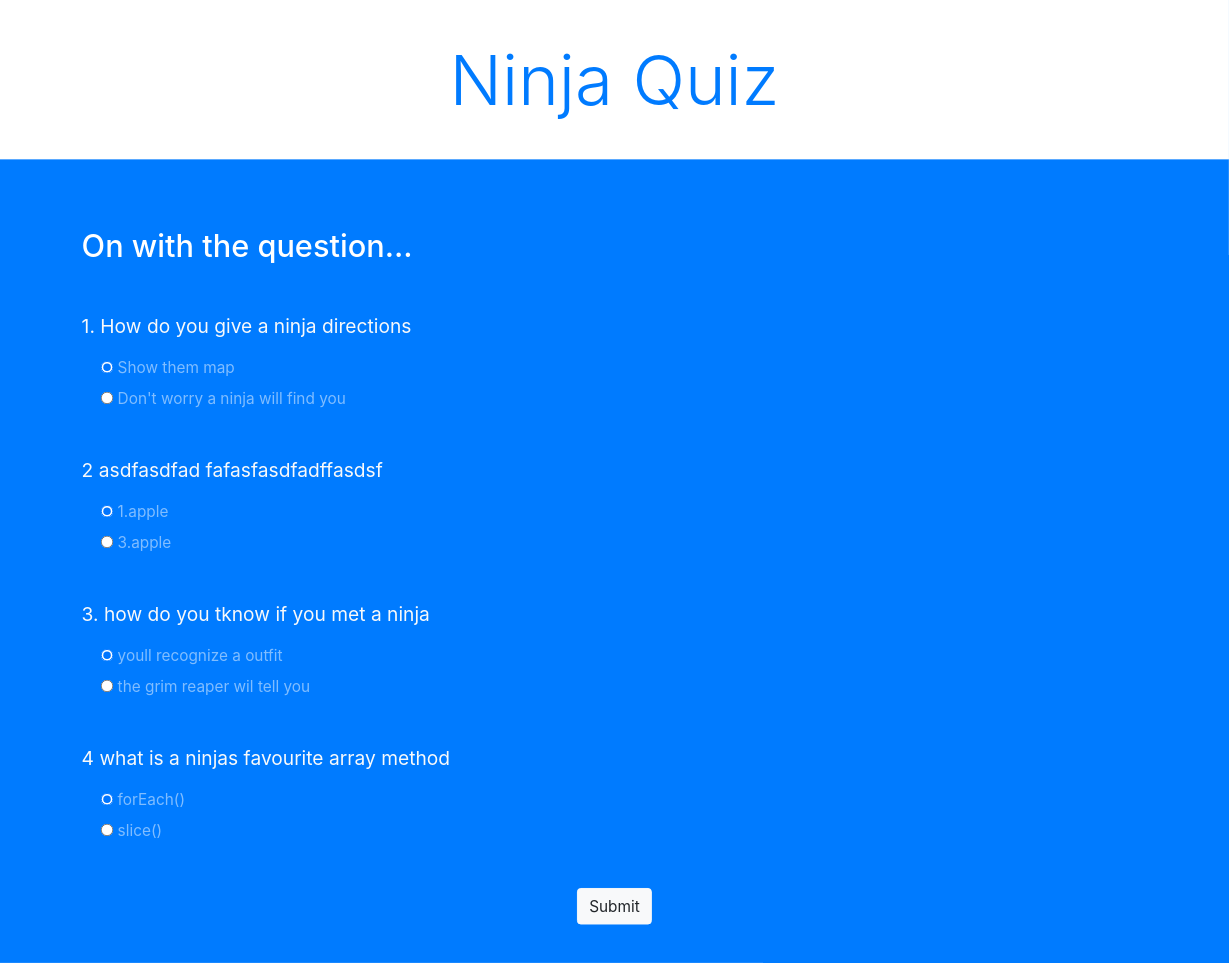
Repository: ajgors/config
Page: Nauka Js/Projekty/Quiz/index.html
An editor plug-in stored every save of this project. The page is shown before and after the next save, followed by the edit.
The browser window is 1280 px wide. The pictures show the whole page, at 96% of full size.

Above is the page before, as saved 2019-08-11 18:06:29.

### Nauka Js/Projekty/Quiz/index.html
<!DOCTYPE html>
<html lang="en">

<head>
    <meta charset="UTF-8">
    <meta name="viewport" content="width=device-width, initial-scale=1.0">
    <meta http-equiv="X-UA-Compatible" content="ie=edge">
    <title>Document</title>
    <link rel="stylesheet" href="https://stackpath.bootstrapcdn.com/bootstrap/4.3.1/css/bootstrap.min.css"
        integrity="sha384-ggOyR0iXCbMQv3Xipma34MD+dH/1fQ784/j6cY/iJTQUOhcWr7x9JvoRxT2MZw1T" crossorigin="anonymous">
</head>

<body>
    <!-- Header -->
    <div class="intro py-3 bg-white text-center">
        <div class="container">
            <h2 class="text-primary display-3 my-4">Ninja Quiz</h2>
        </div>
    </div>

    <!-- Result -->
    <div class="result py-4 d-none bg-light text-center">
        <div class="container lead">
            <p>You are <span class="text-primary display-4 p-3">0%</span>Ninja</p>
        </div>
    </div>

    <!-- Form -->
    <div class="quiz py-4 bg-primary">
        <div class="container">
            <h2 class="my-5 text-white">On with the question...</h2>
            <form action="" class="quiz-form text-light">
                <div class="my-5">
                    <p class="lead font-weight-normal">1. How do you give a ninja directions</p>
                    <div class="form-check my-2 text-white-50">
                        <input type="radio" name='q1' value='A' checked>
                        <label for="" class="form-check-label">Show them map</label>
                    </div>
                    <div class="form-check my-2 text-white-50">
                        <input type="radio" name='q1' value='B'>
                        <label for="" class="form-check-label">Don't worry a ninja will find you</label>
                    </div>
                </div>
                <div class="my-5">
                    <p class="lead font-weight-normal">2 asdfasdfad fafasfasdfadffasdsf</p>
                    <div class="form-check my-2 text-white-50">
                        <input type="radio" name='q2' value='A' checked>
                        <label for="" class="form-check-label">1.apple</label>
                    </div>
                    <div class="form-check my-2 text-white-50">
                        <input type="radio" name='q2' value='B'>
                        <label for="" class="form-check-label">3.apple</label>
                    </div>
                </div>
                <div class="my-5">
                    <p class="lead font-weight-normal">3. how do you tknow if you met a ninja</p>
                    <div class="form-check my-2 text-white-50">
                        <input type="radio" name='q3' value='A' checked>
                        <label for="" class="form-check-label">youll recognize a outfit</label>
                    </div>
                    <div class="form-check my-2 text-white-50">
                        <input type="radio" name='q3' value='B'>
                        <label for="" class="form-check-label">the grim reaper wil tell you</label>
                    </div>
                </div>
                <div class="my-5">
                    <p class="lead font-weight-normal">4 what is a ninjas favourite array method</p>
                    <div class="form-check my-2 text-white-50">
                        <input type="radio" name='q4' value='A' checked>
                        <label for="" class="form-check-label">forEach()</label>
                    </div>
                    <div class="form-check my-2 text-white-50">
                        <input type="radio" name='q4' value='B'>
                        <label for="" class="form-check-label">slice()</label>
                    </div>
                </div>
                <div class="text-center">
                    <input type="submit" class='btn btn-light'>
                </div>
            </form>
        </div>


        <div class="xd">
            <p class="xd"></p>
        </div>
    </div>

    <script src="js.js"></script>
</body>

</html>

### Nauka Js/Projekty/Quiz/js.js




const form = document.querySelector('.quiz-form');
const result = document.querySelector('.result');
const correctAnswers = ['B','B','B','B'];
const spanResult = document.querySelector('span');

form.addEventListener('submit', e=>{
    e.preventDefault();

    //check answer
    let score = 0;
    const userAnswers = [form.q1.value, form.q2.value, form.q3.value, form.q4.value];

    userAnswers.forEach((answer, index) =>{
        if(answer === correctAnswers[index]){
            score += 25;
        }
    });

    scrollTo(0,0)
    result.classList.remove('d-none');
    // spanResult.textContent = `${score}%`

    let output = 0;
    const timer = setInterval(()=>{
        spanResult.textContent = `${output}%`
        if(output === score){
            clearInterval(timer);
        } else {
            output++;
        }
    })


})

After the next save:
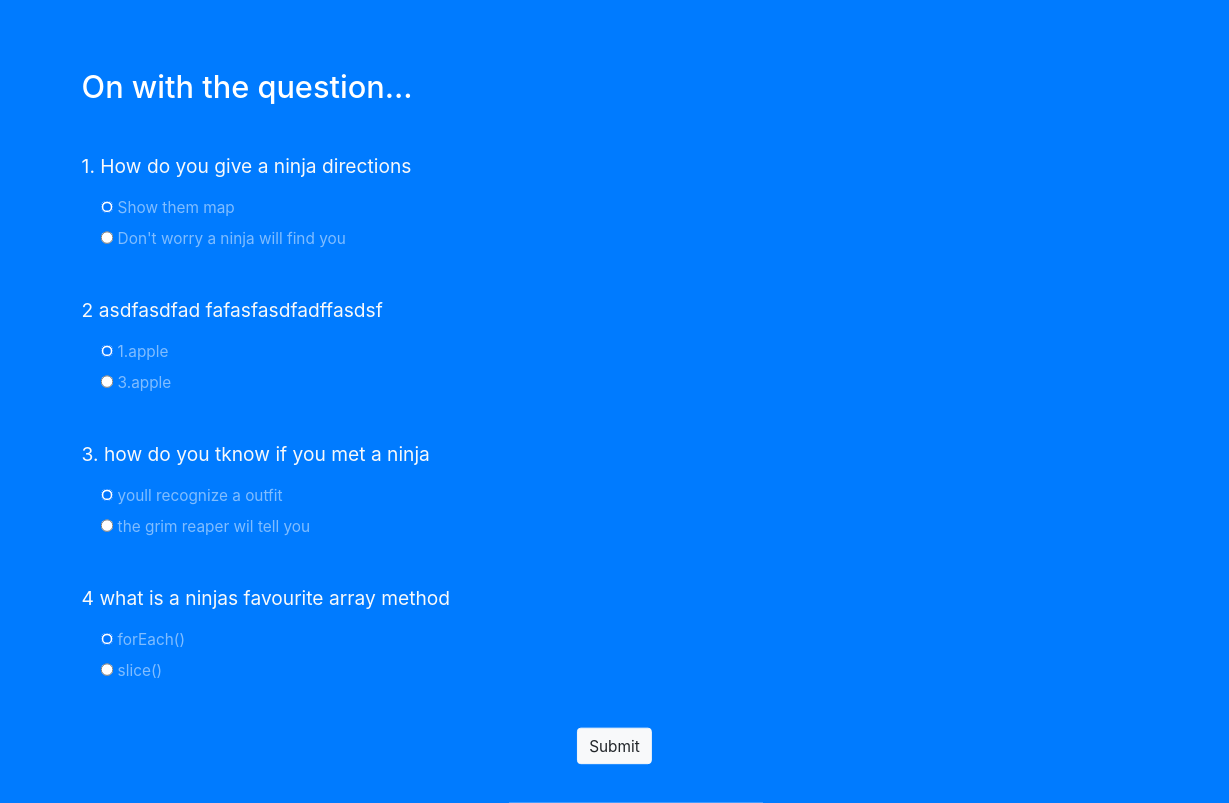
Saved 55 s later.
--- a/Nauka Js/Projekty/Quiz/index.html
+++ b/Nauka Js/Projekty/Quiz/index.html
@@ -12,11 +12,13 @@
 
 <body>
     <!-- Header -->
-    <div class="intro py-3 bg-white text-center">
+    <!-- <div class="intro py-3 bg-white text-center">
         <div class="container">
             <h2 class="text-primary display-3 my-4">Ninja Quiz</h2>
         </div>
-    </div>
+    </div> -->
+
+
 
     <!-- Result -->
     <div class="result py-4 d-none bg-light text-center">
